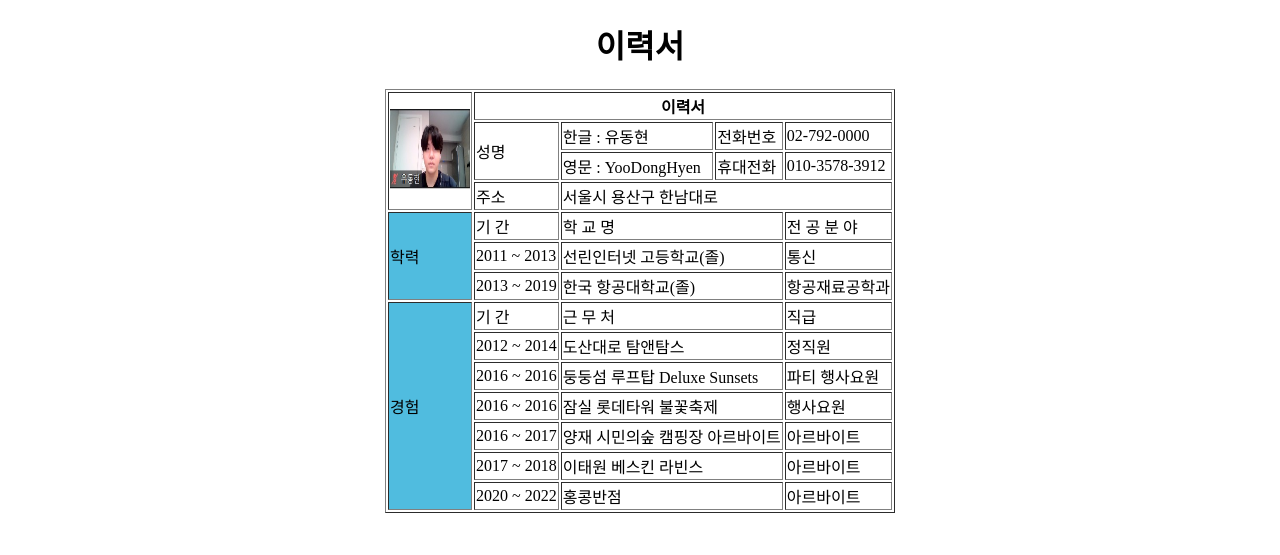
Repository: DongHyenYoo/DongHyen
Page: JdbcStudy/HTMLTEST/WebContent/resume.html
These files come from the project's save history. The page is drawn as it stood at one moment and after the next save; the edit follows.
The browser window is 1280 px wide. The pictures show the whole page.

Above is the page before, as saved 2022-09-23 08:47:00.

After the next save:
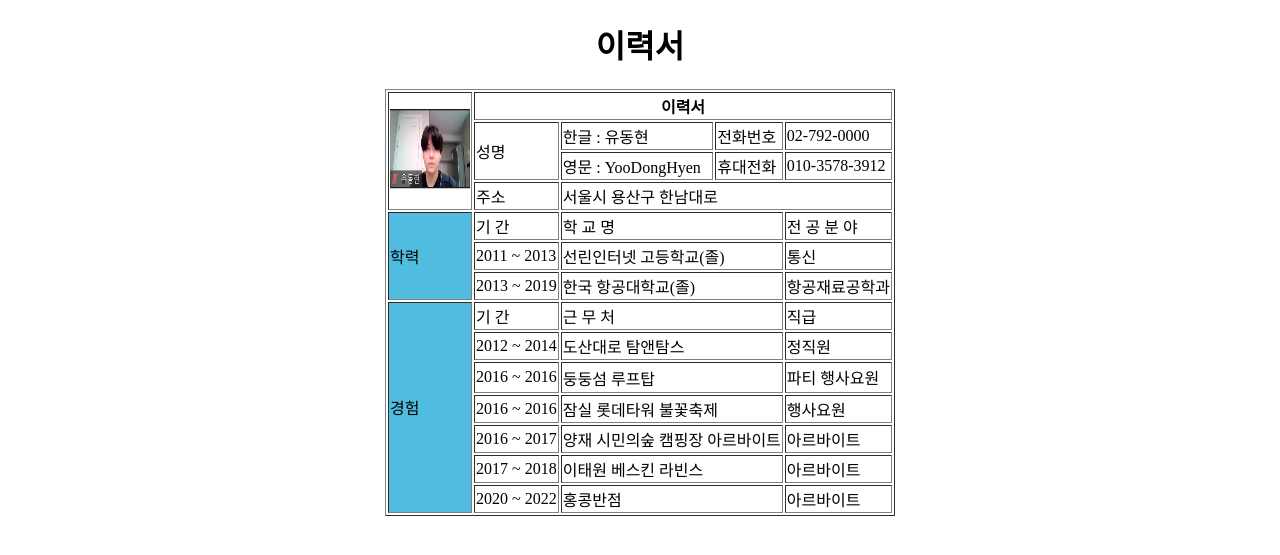
Saved 33 s later.
--- a/JdbcStudy/HTMLTEST/WebContent/resume.html
+++ b/JdbcStudy/HTMLTEST/WebContent/resume.html
@@ -45,7 +45,7 @@
 </tr>
 
 <tr>
- <td>2016 ~ 2016</td> <td colspan="2">둥둥섬 루프탑 Deluxe Sunsets</td> <td>파티 행사요원</td>
+ <td>2016 ~ 2016</td> <td colspan="2">둥둥섬 루프탑 <font size="5" color="blue" Deluxe Sunsets</td> <td>파티 행사요원</td>
 </tr>
 
 <tr>
